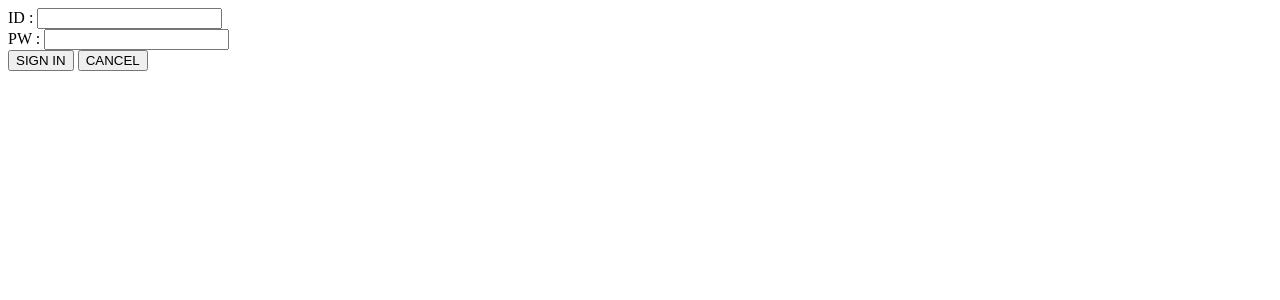
Repository: OhSeungMok/spring1
Page: http://localhost/ch08_pjt_01/signin
An editor plug-in stored every save of this project. The page is shown before and after the next save, followed by the edit.
The browser window is 1280 px wide. The pictures show the whole page.
The page is served by Tomcat 9. Other server files are loaded and not shown.

Above is the page before, as saved 2024-05-23 02:45:58.

### STSProject/ch08_pjt_01/src/main/webapp/WEB-INF/views/sign_in.jsp
<%@ page language="java" contentType="text/html; charset=UTF-8"
    pageEncoding="UTF-8"%>
<!DOCTYPE html>
<html>
<head>
<meta charset="UTF-8">
<title>sign_in.jsp 파일</title>
</head>
<body>
	<form action="/member/signInConfirm">
    	ID : <input type="text" name="m_id" ><br />
      	PW : <input type="password" name="m_pw" ><br />
      	<input type="submit" value="SIGN IN" >
      	<input type="reset" value="CANCEL" >
  	</form>
</body>
</html>

After the next save:
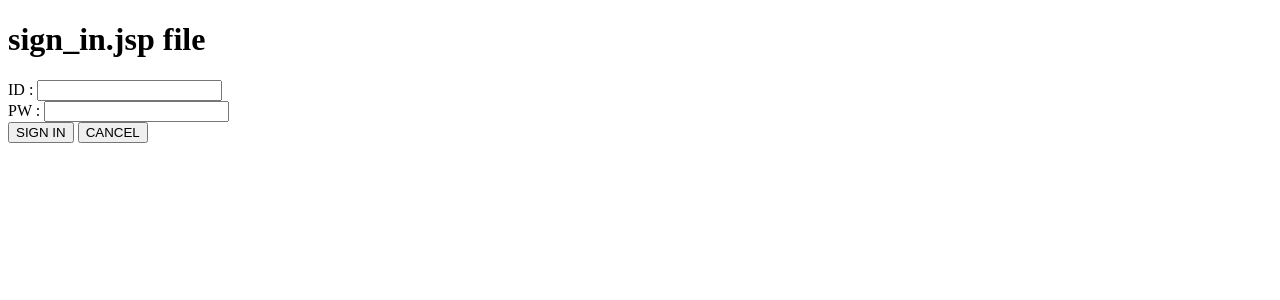
Saved 21 s later.
--- a/STSProject/ch08_pjt_01/src/main/webapp/WEB-INF/views/sign_in.jsp
+++ b/STSProject/ch08_pjt_01/src/main/webapp/WEB-INF/views/sign_in.jsp
@@ -7,6 +7,7 @@
 <title>sign_in.jsp 파일</title>
 </head>
 <body>
+	<h1>sign_in.jsp file</h1>
 	<form action="/member/signInConfirm">
     	ID : <input type="text" name="m_id" ><br />
       	PW : <input type="password" name="m_pw" ><br />
